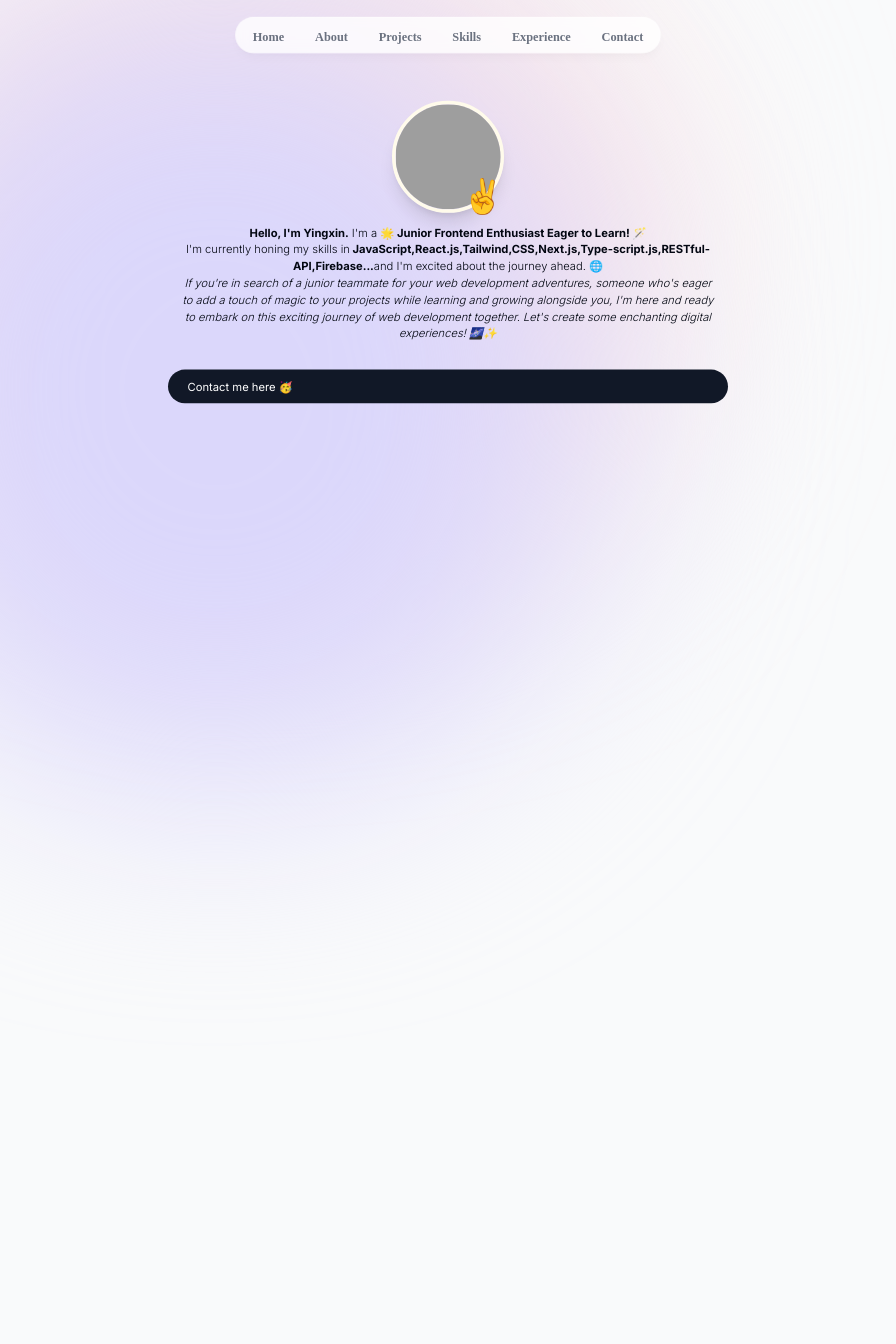
Repository: Tracy-maker/portfolio_website
Page: /
The author's editor kept a copy of each file at every save. The page is drawn from the files as they stood at one save, then again after the next save.
The browser window is 1280 px wide. The pictures show the part of the page from y = 0 to 1920 px (the page is 5000 px tall), at 70% of full size.
Pictures or frames that could not be fetched are drawn as grey boxes. The project was rebuilt for these pictures with package versions that can differ from the ones it lists, and the page was loaded fresh each time. The framework's server and built-in components were replaced by stand-ins that run in the browser. Also part of the build but not shown: next.config.js.

Above is the page before, as saved 2023-10-06 11:00:38.

After the next save:
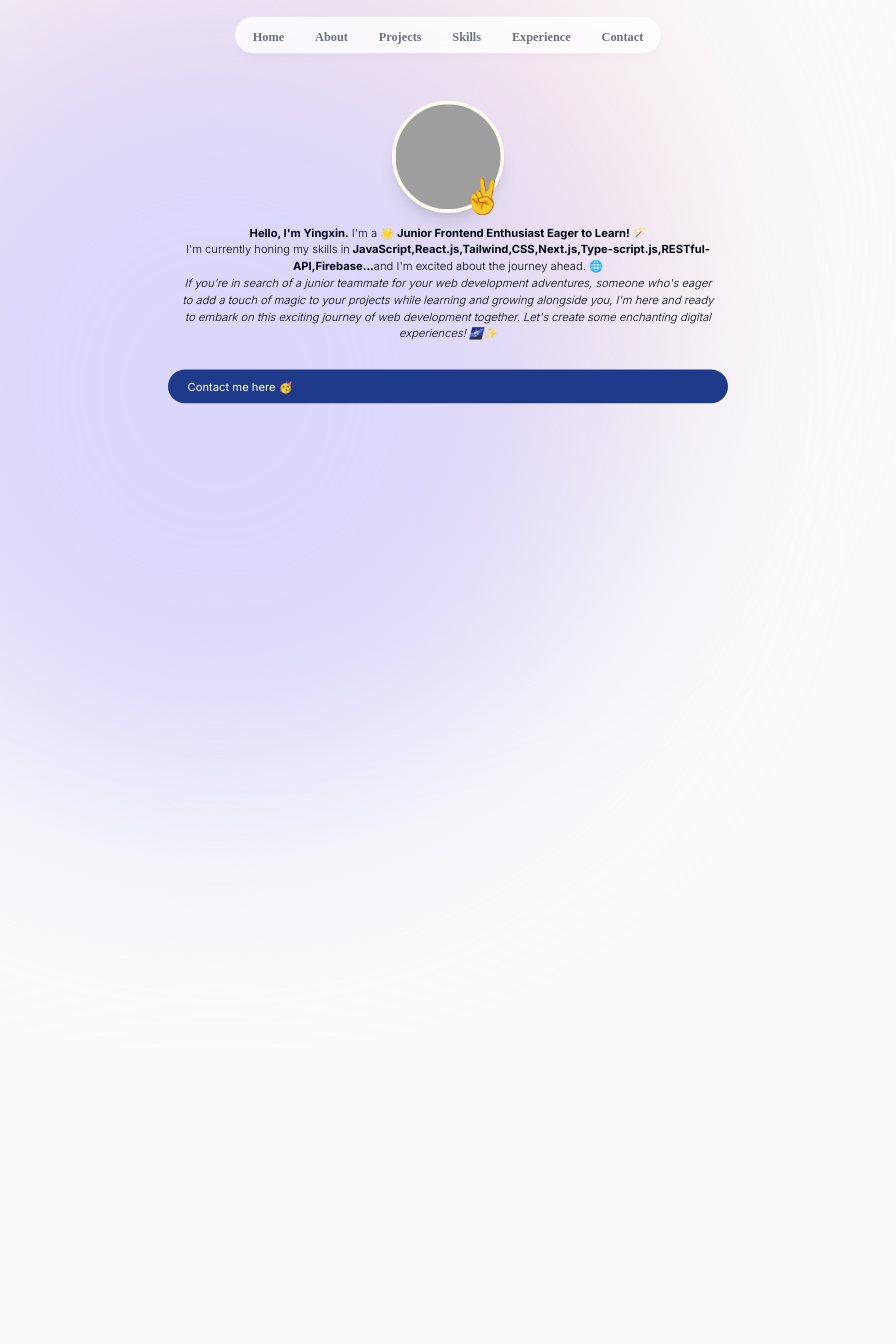
Saved 27 s later.
--- a/components/intro.tsx
+++ b/components/intro.tsx
@@ -73,7 +73,7 @@ export default function Intro() {
       <div>
         <Link
           href="#contact"
-          className="bg-gray-900 text-white px-7 py-3 flex items-center gap-2 rounded-full"
+          className="bg-blue-900 text-white px-7 py-3 flex items-center gap-2 rounded-full"
         >
           Contact me here 🥳
         </Link>
